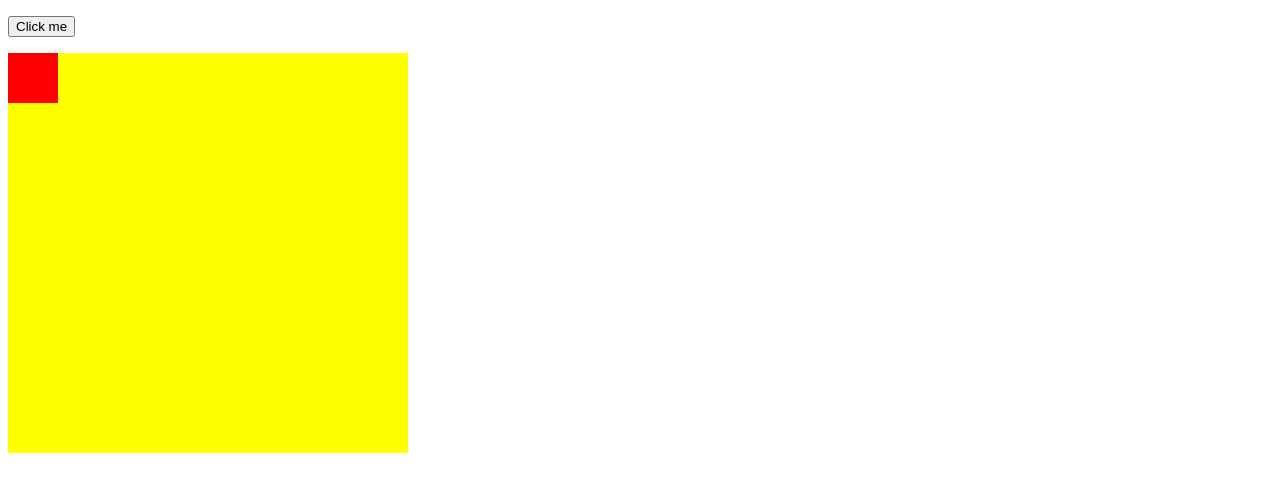
Repository: khanhbinh87/learnJs
Page: customSelect/index.html
The author's editor kept a copy of each file at every save. The page is drawn from the files as they stood at one save, then again after a run of saves.
The browser window is 1280 px wide. The pictures show the whole page.
After loading, the first visible `button` was clicked once.

Above is the page before, as saved 2021-06-17 11:57:44.
Console error: ReferenceError: ps is not defined

After the next 2 saves:
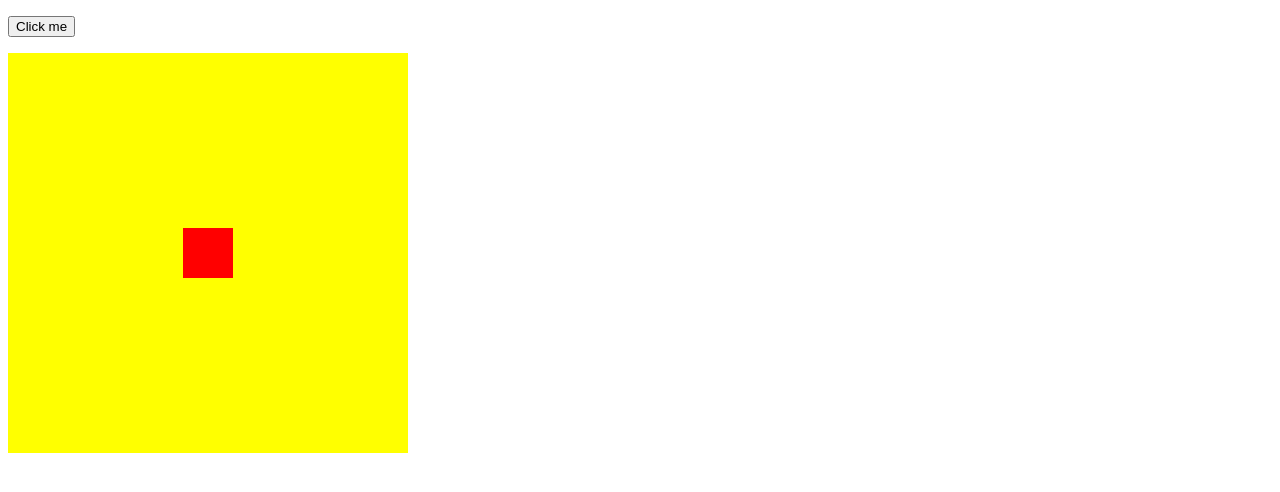
The error is gone.
The 2 saves are shown as one change because they came seconds apart.
The last was saved 15 s later.
--- a/customSelect/move.js
+++ b/customSelect/move.js
@@ -38,8 +38,8 @@ console.log(el);
 
                 pos = 350  * percent
 
-                el.style.top = ps + 'px';
-                el.style.left = ps + 'px';
+                el.style.top = pos + 'px';
+                el.style.left = pos + 'px';
 
 
             }
